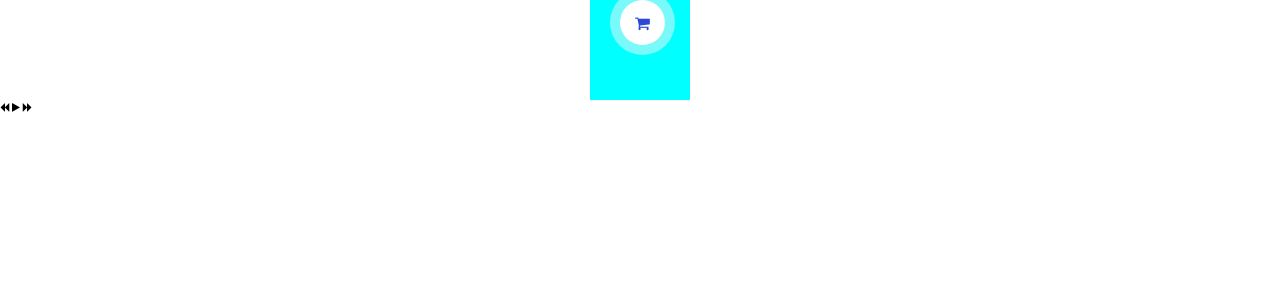
Repository: dungle03/tke_web_nhom_15
Page: index.html
These files come from the project's save history. The page is drawn as it stood at one moment and after the next save; the edit follows.
The browser window is 1280 px wide. The pictures show the whole page.

Above is the page before, as saved 2022-09-12 23:04:59.
Not found: resest.css

### index.html
<!DOCTYPE html>
<html lang="en">
<head>
    <meta charset="UTF-8">
    <meta http-equiv="X-UA-Compatible" content="IE=edge">
    <meta name="viewport" content="width=device-width, initial-scale=1.0">
    <title>Home</title>
    <link
    rel="stylesheet"
    href="https://cdnjs.cloudflare.com/ajax/libs/font-awesome/4.7.0/css/font-awesome.min.css"
    integrity="sha512-SfTiTlX6kk+qitfevl/7LibUOeJWlt9rbyDn92a1DqWOw9vWG2MFoays0sgObmWazO5BQPiFucnnEAjpAB+/Sw=="
    crossorigin="anonymous"
  />
  <link href="https://fonts.googleapis.com/css2?family=Poppins:wght@300&display=swap" rel="stylesheet">
    <link rel="stylesheet" href="./resest.css">
    <link rel="stylesheet" href="./CSS/header.css">
    <link rel="stylesheet"  href="./CSS/footer.css">
    <style>
        .abc{
            width: 100px;
            height: 100px;
            margin: auto;
            background-color: aqua;
        }
        .cart{
            color: #2b48d9;
  width: 45px;
  height: 45px;
  border-radius: 100rem;
  display: flex;
  justify-content: center;
  align-items: center;
  cursor: pointer;
  background-color: white;
  box-shadow: 0 0 0 10px rgba(242, 243, 244, 0.5);
  font-size: 16px;
  margin: 0 30px;
        }
    </style>
</head>
<body>
    <div class="abc">
        <i class="fa fa-shopping-cart cart"></i>
    </div>
    <div class="player-tool">
        <i class="fa fa-backward player-prev"></i>
        <i class="fa fa-play player-play"></i>
        <i class="fa fa-forward player-next"></i>
      </div>
</body>
</html>

### CSS/header.css
html {
    font-family: "Poppins", sans-serif;
    box-sizing: border-box;
    font-size: 62.5%;

  }
  * {
    margin: 0;
    padding: 0;
  }
  *,
  *:before,
  *:after {
    box-sizing: border-box;
  }
  input,
  textarea,
  select,
  button {
    outline: none;
  }
  input {
    line-height: normal;
  }
  label,
  button {
    cursor: pointer;
  }
  a {
    text-decoration: none;
  }
  img {
    display: block;
    max-width: 100%;
  }

### CSS/footer.css
html {
    font-family: "Poppins", sans-serif;
    box-sizing: border-box;
    font-size: 62.5%;

  }
  * {
    margin: 0;
    padding: 0;
  }
  *,
  *:before,
  *:after {
    box-sizing: border-box;
  }
  input,
  textarea,
  select,
  button {
    outline: none;
  }
  input {
    line-height: normal;
  }
  label,
  button {
    cursor: pointer;
  }
  a {
    text-decoration: none;
  }
  img {
    display: block;
    max-width: 100%;
  }

After the next save:
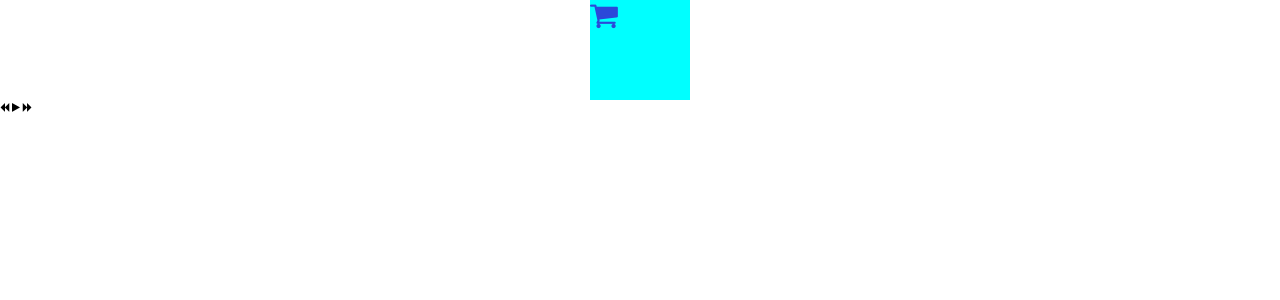
Saved 64 s later.
--- a/index.html
+++ b/index.html
@@ -24,17 +24,7 @@
         }
         .cart{
             color: #2b48d9;
-  width: 45px;
-  height: 45px;
-  border-radius: 100rem;
-  display: flex;
-  justify-content: center;
-  align-items: center;
-  cursor: pointer;
-  background-color: white;
-  box-shadow: 0 0 0 10px rgba(242, 243, 244, 0.5);
-  font-size: 16px;
-  margin: 0 30px;
+  font-size: 30px;
         }
     </style>
 </head>
